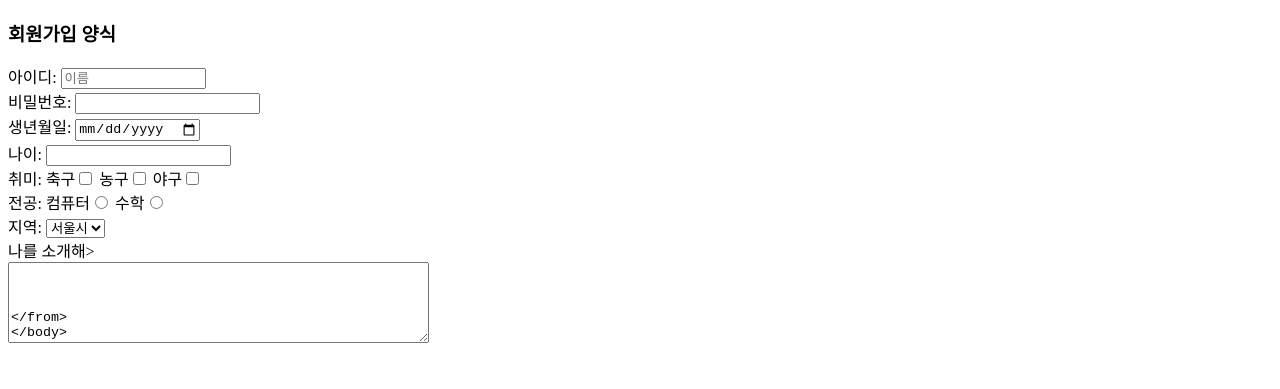
Repository: YeonHaw/jsp
Page: JSPBasic/src/main/webapp/HTML/Index05.html
The author's editor kept a copy of each file at every save. The page is drawn from the files as they stood at one save, then again after the next save.
The browser window is 1280 px wide. The pictures show the whole page.

Above is the page before, as saved 2023-12-27 03:11:59.

After the next save:
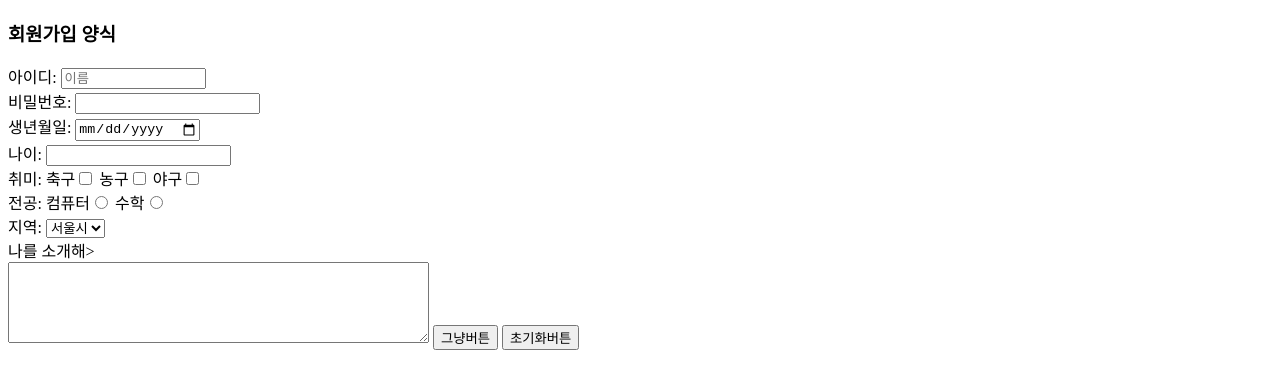
Saved 3 min 53 s later.
--- a/JSPBasic/src/main/webapp/HTML/Index05.html
+++ b/JSPBasic/src/main/webapp/HTML/Index05.html
@@ -26,14 +26,20 @@
 
 	<br>
 	지역:
-	<select>
+	<select name="region">
 		<option>서울시</option>
 		<option>경기도</option>
 		<option>제주도</option>
 	</select>
 	<br>
 	나를 소개해><br>
-	<textarea rows="5" cols="50">
+
+	<!--기능없는 버튼(JS기능을 붙여서 사용)-->
+	<textarea rows="5" cols="50"></textarea>
+	<input type="button" value="그냥버튼">
+
+	<!-- 폼양식을 초기화 -->
+	<input type="reset" value="초기화버튼"
 
 
 
